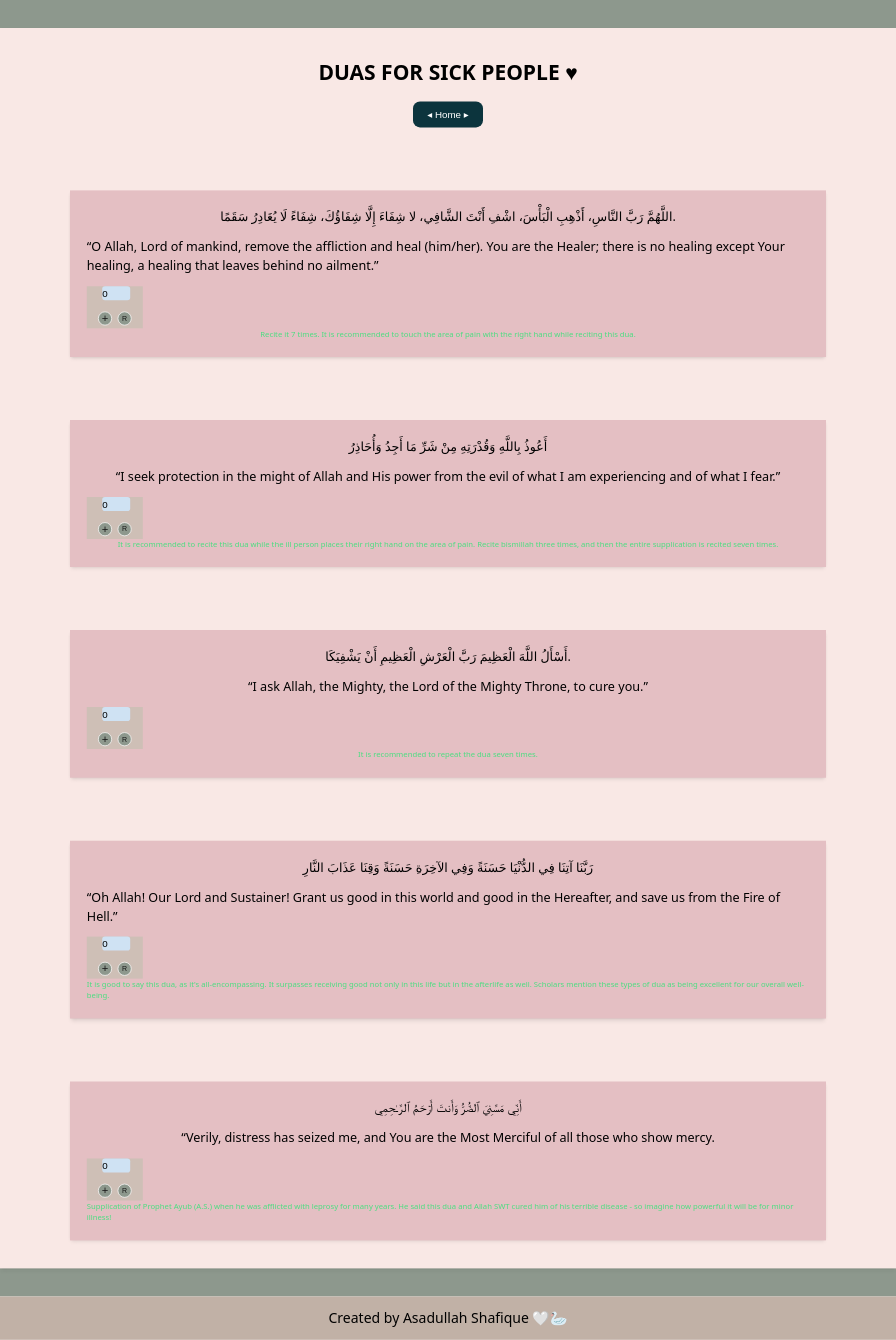
Repository: asadullah48/Duas_Diary
Page: /sick
An editor plug-in stored every save of this project. The page is shown before and after the next save, followed by the edit.
The browser window is 1280 px wide. The pictures show the whole page, at 70% of full size.
The project was rebuilt for these pictures with package versions that can differ from the ones it lists, and the page was loaded fresh each time. The framework's server and built-in components were replaced by stand-ins that run in the browser. Also part of the build but not shown: next.config.ts.

Above is the page before, as saved 2024-11-30 10:08:22.

### src/app/layout.tsx
import type { Metadata } from "next";
import localFont from "next/font/local";
import "./globals.css";
import Footer from "../components/footer";

const geistSans = localFont({
  src: "./fonts/GeistVF.woff",
  variable: "--font-geist-sans",
  weight: "100 900",
});
const geistMono = localFont({
  src: "./fonts/GeistMonoVF.woff",
  variable: "--font-geist-mono",
  weight: "100 900",
});

export const metadata: Metadata = {
  title: "Create Next App",
  description: "Generated by create next app",
};

export default function RootLayout({
  children,
}: Readonly<{
  children: React.ReactNode;
}>) {
  return (
    <html lang="en">
      <body
        className={`${geistSans.variable} ${geistMono.variable} antialiased`}
      >
        {children}
        <Footer/>
      </body>
    </html>
  );
}

### src/app/sick/page.tsx
import Link from "next/link";
import LightPinkSection from "@/components/props";
import Button from "@/components/button";

export default function Sick() {
  return (
    <div className="w-full h-auto bg-[#8D988D] flex justify-center items-center py-10">
      <div className="w-[95%] lg:w-[1300px] h-auto bg-[#F9E8E5] p-5 lg:p-10 rounded-md shadow-md">
        <div className="font-sans font-bold text-[24px] lg:text-[30px] text-black text-center mb-5">
          DUAS FOR SICK PEOPLE ♥
        </div>
        <Link href="/">
          <button className="bg-[#0c343d] text-white text-[12px] lg:text-[14px] mt-3 mb-5 mx-auto block rounded-[10px] px-5 py-2">
            ◂ Home ▸
          </button>
        </Link>

        {/* Dua Sections */}
        <LightPinkSection
          paragraph="اللَّهُمَّ رَبَّ النَّاسِ، أَذْهِبِ الْبَأْسَ، اشْفِ أَنْتَ الشَّافِي، لا شِفَاءَ إِلَّا شِفَاؤُكَ، شِفَاءً لَا يُغَادِرُ سَقَمًا."
          paragraph2="“O Allah, Lord of mankind, remove the affliction and heal (him/her). You are the Healer; there is no healing except Your healing, a healing that leaves behind no ailment.”"
          buttonText={<Button />}
          note="Recite it 7 times. It is recommended to touch the area of pain with the right hand while reciting this dua."
        />
        <LightPinkSection
          paragraph="أَعُوذُ بِاللَّهِ وَقُدْرَتِهِ مِنْ شَرِّ مَا أَجِدُ وَأُحَاذِرُ"
          paragraph2="“I seek protection in the might of Allah and His power from the evil of what I am experiencing and of what I fear.”"
          buttonText={<Button />}
          note="It is recommended to recite this dua while the ill person places their right hand on the area of pain. Recite bismillah three times, and then the entire supplication is recited seven times."
        />
        <LightPinkSection
          paragraph="أَسْأَلُ اللَّهَ الْعَظِيمَ رَبَّ الْعَرْشِ الْعَظِيمِ أَنْ يَشْفِيَكَا."
          paragraph2="“I ask Allah, the Mighty, the Lord of the Mighty Throne, to cure you.”"
          buttonText={<Button />}
          note="It is recommended to repeat the dua seven times."
        />
        <LightPinkSection
          paragraph="رَبَّنَا آتِنَا فِي الدُّنْيَا حَسَنَةً وَفِي الآخِرَةِ حَسَنَةً وَقِنَا عَذَابَ النَّارِ"
          paragraph2="“Oh Allah! Our Lord and Sustainer! Grant us good in this world and good in the Hereafter, and save us from the Fire of Hell.”"
          buttonText={<Button />}
          note="It is good to say this dua, as it's all-encompassing. It surpasses receiving good not only in this life but in the afterlife as well. Scholars mention these types of dua as being excellent for our overall well-being."
        />
        <LightPinkSection
          paragraph="أَنِّي مَسَّنِيَ ٱلضُّرُّ وَأَنتَ أَرۡحَمُ ٱلرَّـٰحِمِي"
          paragraph2="“Verily, distress has seized me, and You are the Most Merciful of all those who show mercy."
          buttonText={<Button />}
          note="Supplication of Prophet Ayub (A.S.) when he was afflicted with leprosy for many years. He said this dua and Allah SWT cured him of his terrible disease - so imagine how powerful it will be for minor illness!"
        />
      </div>
    </div>
  );
}

### src/components/footer.tsx
// components/Footer.tsx
export default function Footer() {
    return (
      <footer className="w-full bg-[#C1B1A6] py-4">
        <div className="text-center text-black font-sans text-[16px] sm:text-[18px] lg:text-[20px]">
          Created by Asadullah Shafique 🤍🦢
        </div>
      </footer>
    );
  }

### src/components/props.tsx
import { ReactNode } from "react";

type SectionProps = {
  paragraph: string;
  buttonText: ReactNode;
  paragraph2: string;
  note: string; // Allows JSX elements, strings, or components
};

export default function LightPinkSection({
  paragraph,
  buttonText,
  paragraph2,
  note,
}: SectionProps) {
  return (
    <div className="w-[90%] bg-[#e4bfc3] p-6 rounded-lg mx-auto shadow-md mt-[90px]">
      <p className="text-black text-[18px] font-sans mb-4 flex justify-center">
        {paragraph}
      </p>
      <p className="text-black text-[18px] font-sans mb-4 flex justify-center">
        {paragraph2}
      </p>
      <div>{buttonText}</div>
      <p className="text-green-400 text-[11px] font-sans flex justify-center">
        {note}
      </p>
    </div>
  );
}

### src/components/button.tsx
"use client";

import { useState } from "react";

export default function Button() {
  // hook, event ke against ui ko update krna
  let [count, setcount] = useState(0); //returns array ik element hota hai jese yaha pr 0 hai  ik function aur jo function hota hai woh humari value hoti h
  console.log(count);

  const handleClick = () => {
    setcount(count + 1); //re-renders new value
  };

  const handleReset = () => {
    setcount(0); // reset back to 0
  };

  return (
    <div className="bg-[#CEBFB6] w-[80px] h-[60px] flex flex-col items-center justify-between">
      <p className="text-black w-[40px] flex text-sm bg-[#cfe2f3] rounded ml-1">
        {count}
      </p>

      <div className="flex space-x-2 mt-2">
        <button
          onClick={handleClick}
          className="bg-[#8D988D] w-[20px] h-[20px] px-1 py-1 rounded-full border mt-1 mb-1 border-white flex items-center justify-center text-center"
        >
          +
        </button>

        {/* Reset Button */}
        <button
          onClick={handleReset}
          className="bg-[#8D988D] w-[20px] h-[20px] px-1 py-1 rounded-full border mt-1 mb-1 border-white flex items-center justify-center text-[10px] text-center"
        >
          R
        </button>
      </div>
    </div>
  );
}

Loaded but not shown: src/app/globals.css (common file); tailwind.config.ts (common file)

After the next save:
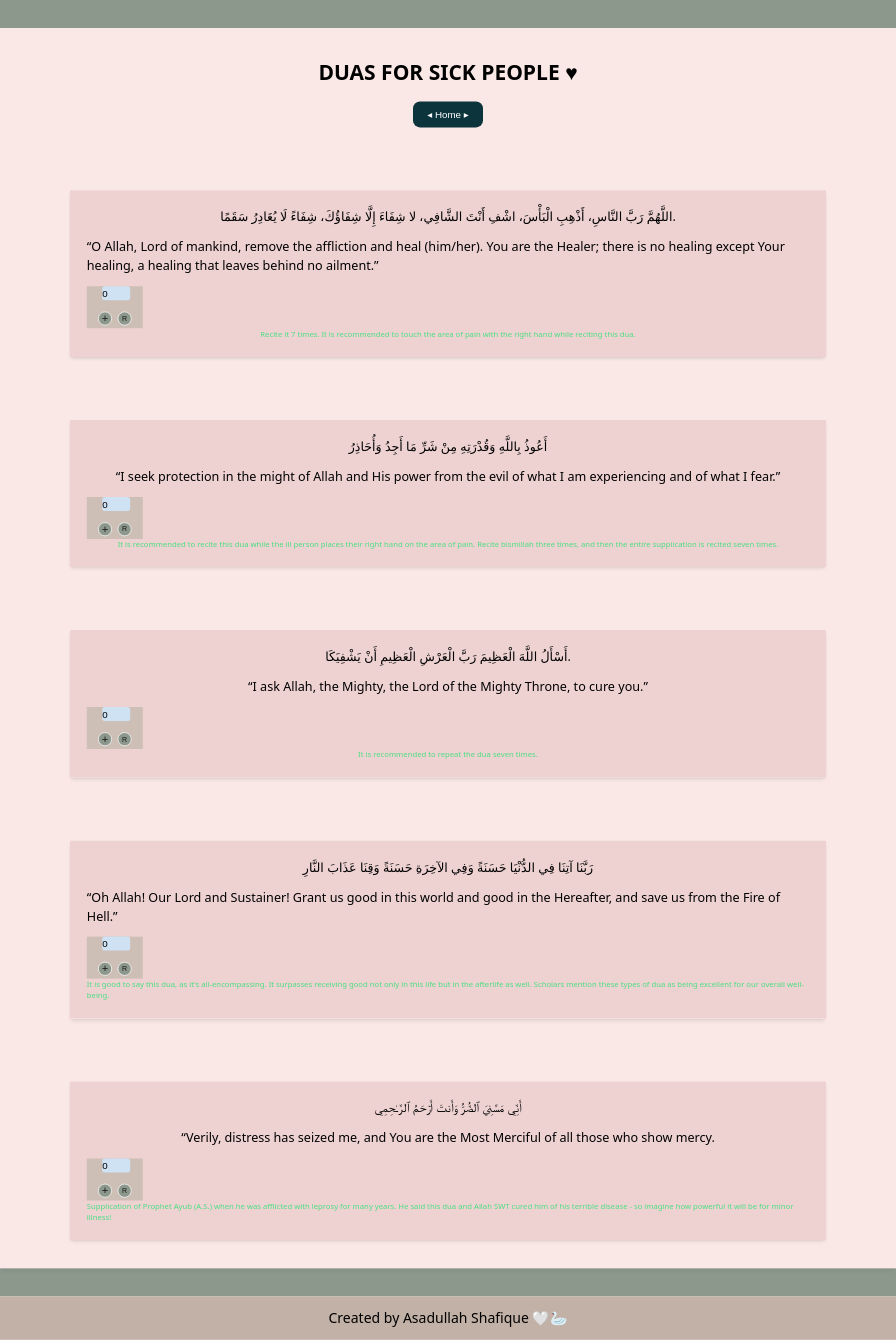
Saved 8 s later.
--- a/src/components/props.tsx
+++ b/src/components/props.tsx
@@ -14,7 +14,7 @@ export default function LightPinkSection({
   note,
 }: SectionProps) {
   return (
-    <div className="w-[90%] bg-[#e4bfc3] p-6 rounded-lg mx-auto shadow-md mt-[90px]">
+    <div className="w-[90%] bg-[#e4bfc388] p-6 rounded-lg mx-auto shadow-md mt-[90px]">
       <p className="text-black text-[18px] font-sans mb-4 flex justify-center">
         {paragraph}
       </p>
